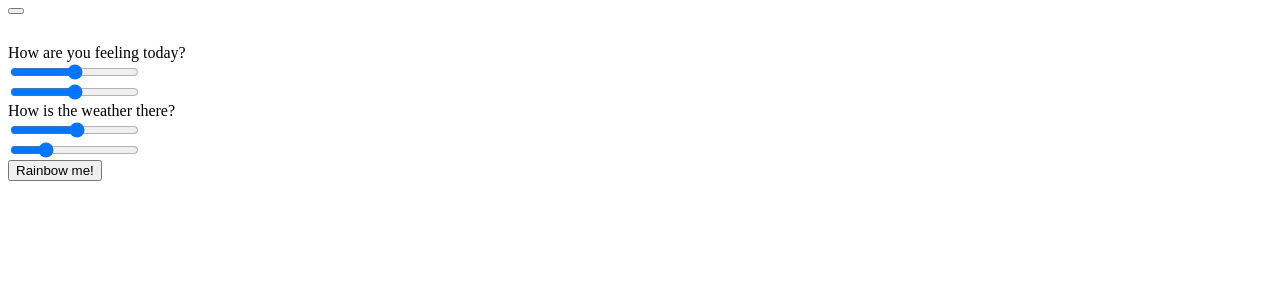
Repository: agustinbaretto/rainbow
Page: Rainbow/www/templates/rainbow.html
The author's editor kept a record of every edit. The page is drawn from the files as they stood at one moment, then again after the next edit.
The browser window is 1280 px wide. The pictures show the whole page.

Above is the page before.

After the next edit:
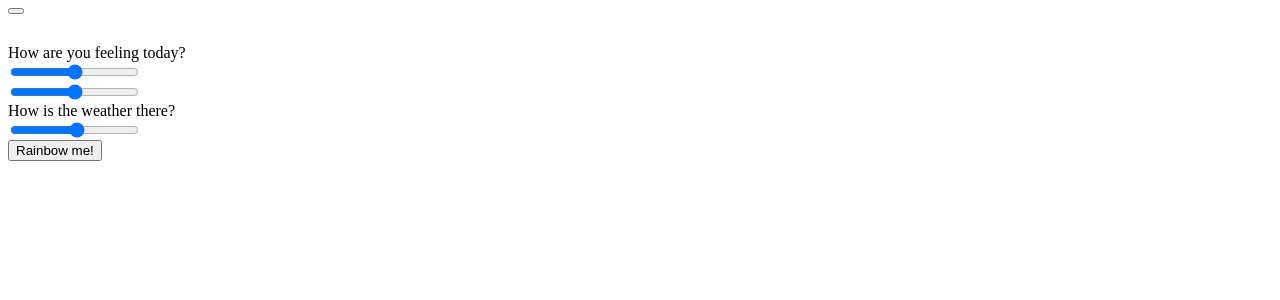
The edit:
--- a/Rainbow/www/templates/rainbow.html
+++ b/Rainbow/www/templates/rainbow.html
@@ -39,11 +39,6 @@
       <div class="item range range-positive">
         <i class="icon ion-ios7-rainy"></i>
         <input type="range" name="clouds" ng-model="mood.clouds" min="70" max="95">
-        <i class="icon ion-ios7-sunny"></i>
-      </div>
-      <div class="item range range-balanced">
-        <i class="icon ion-ios7-snowy"></i>
-        <input type="range" name="volume" min="0" max="100" value="25">
         <i class="icon ion-ios7-sunny-outline"></i>
       </div>
       <button class="button button-block button-positive" ng-click="makeColor(mood)">
@@ -51,7 +46,7 @@
       </button>
        <!--div class="row" style="background-color:{{color}};">
           <div class="col" style="height: 50px;"></div>
-        </div -->
+        </div>
     </form>
   </ion-content>
 </ion-view>
